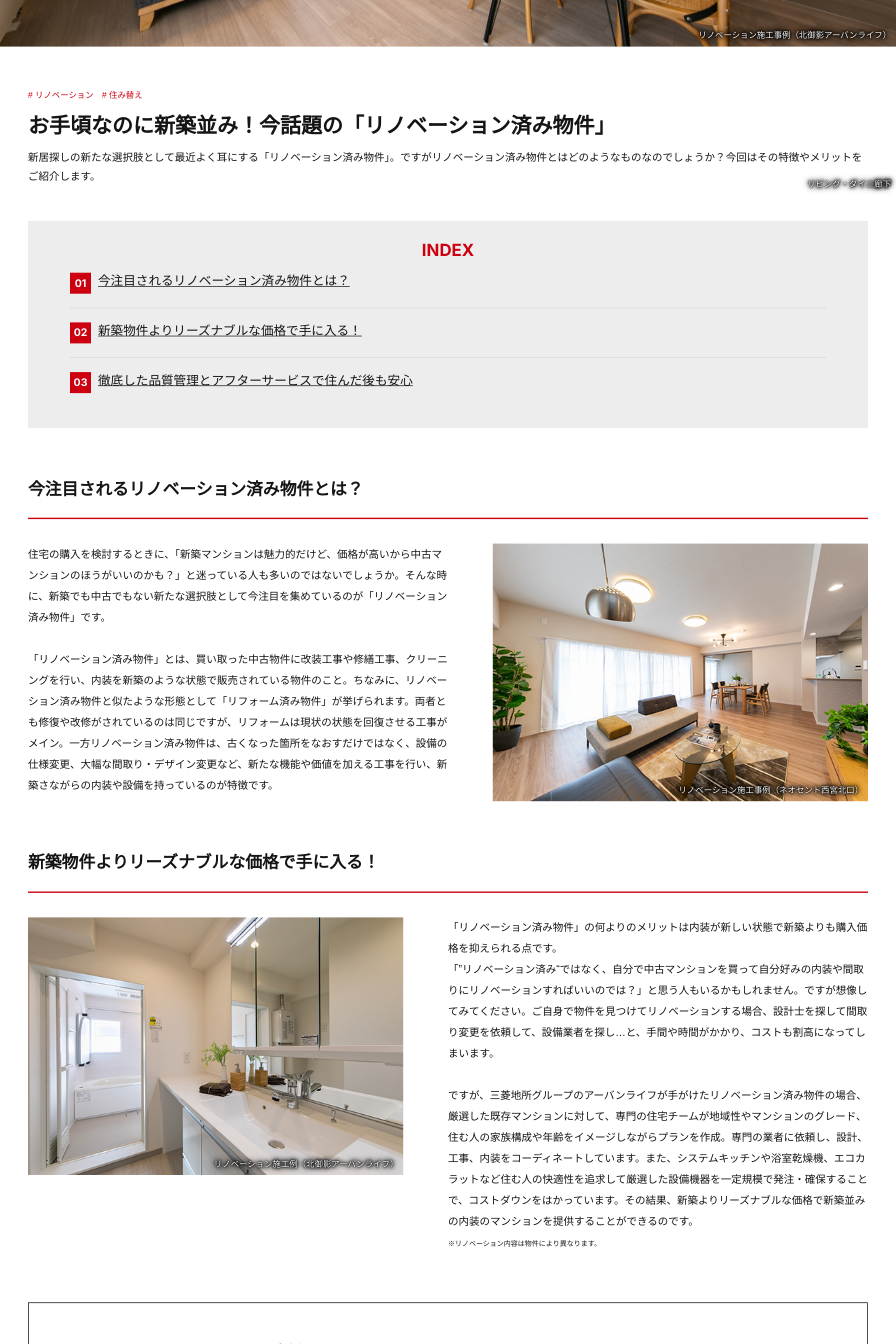
Repository: duongspm/group-kansai_new-data
Page: group-kansai_new/pickup/column07.html
The author's editor kept a copy of each file at every save. The page is drawn from the files as they stood at one save, then again after a run of saves.
The browser window is 1280 px wide. The pictures show the part of the page from y = 442 to 2362 px (the page is 4746 px tall), at 70% of full size.

Above is the page before, as saved 2023-06-30 15:29:15.

After the next 4 saves:
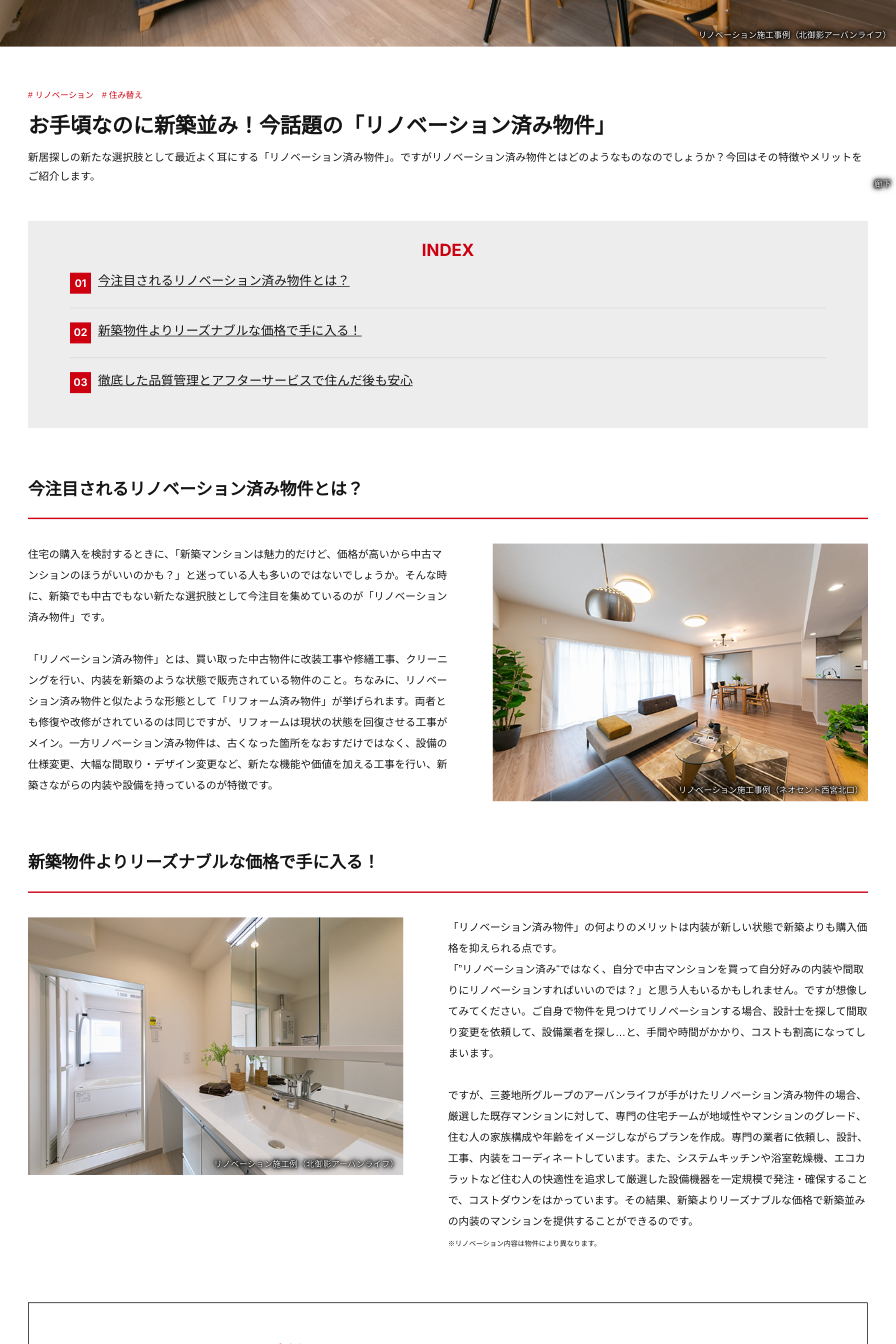
The 4 saves are shown as one change because they came seconds apart.
The last was saved 11 s later.
--- a/group-kansai_new/pickup/column07.html
+++ b/group-kansai_new/pickup/column07.html
@@ -182,8 +182,10 @@
                 <p class="desc">また、リビングからプライベートルームへ直接出入りできる入口を設け、利便性と家族の一体感を確保。廊下は梁奥にダウンライトを入れ、柔らかな間接照明でぬくもりを演出しました。</p>
                 <div class="flex">
                     <div class="flex__left">
-                        <img src="img/vol_07/img-05.png" alt="リビング・ダイニング">
-                        <p class="cap-abs_right shadow">リビング・ダイニング</p>
+                        <div class="box__img">
+                            <img src="img/vol_07/img-05.png" alt="リビング・ダイニング">
+                            <p class="cap-abs_right shadow">リビング・ダイニング</p>
+                        </div>
                     </div>
                     <div class="flex__right">
                         <img src="img/vol_07/img-07.png" alt="廊下">
